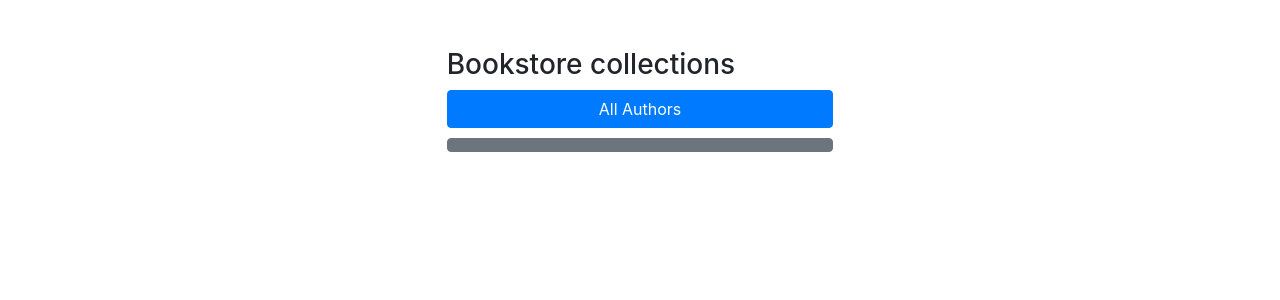
Repository: Temur-Sufiyanov/CBV
Page: http://localhost/
The author's editor kept a copy of each file at every save. The page is drawn from the files as they stood at one save, then again after a run of saves.
The browser window is 1280 px wide. The pictures show the whole page.
The page is served by the project's application, run on Django 5.2 (manage.py). Other server files are loaded and not shown.

Above is the page before, as saved 2024-12-19 15:53:42.

### new_books/templates/new_books/home.html
{% extends 'new_books/base.html' %}

{% block title %}
    Home Page
{% endblock title %}

{% block content %}
<h3>Bookstore collections</h3>
<a href="" role="button" class="btn btn-primary w-100 mb-2">All Authors</a>
<a href="" role="button" class="btn btn-secondary w-100 mb-2"></a>
{% comment %} <div class="container mt-4">
    <h1 class="text-center">Books and Authors</h1>
    <table class="table table-bordered mt-4">
        <thead>
            <tr>
                <th>#</th>
                <th>Book Name</th>
                <th>Author Name</th>
            </tr>
        </thead>
        <tbody>
            {% for book in books %}
                <tr>
                    <td>{{ forloop.counter }}</td>
                    <td>{{ book.name }}</td>
                    <td>{{ book.author.name }}</td>
                </tr>
            {% empty %}
                <tr>
                    <td colspan="3" class="text-center">No books available.</td>
                </tr>
            {% endfor %}
        </tbody>
    </table>
</div> {% endcomment %}
{% endblock content %}

### new_books/templates/new_books/base.html
<!DOCTYPE html>
<html lang="en">
<head>
    <meta charset="UTF-8">
    <meta name="viewport" content="width=device-width, initial-scale=1.0">
    <link rel="stylesheet" href="https://stackpath.bootstrapcdn.com/bootstrap/4.5.2/css/bootstrap.min.css">
    <title>{% block title %} Home {% endblock title %}</title>
</head>
<body>
    <main>
        <div class="container-fluid">
            <div class="d-flex align-items-center py-5">
                <div class="col-12 col-md-6 col-lg-4 mx-auto">
                    {% block content %}

                    {% endblock content %}
                </div>
            </div>
        </div>
    </main>
</body>
</html>

### new_books/views.py
from django.shortcuts import render
from django.views.generic import (TemplateView)
# Create your views here.

class HomeView(TemplateView):
    template_name = 'new_books/home.html'

### core/urls.py
"""
URL configuration for core project.

The `urlpatterns` list routes URLs to views. For more information please see:
    https://docs.djangoproject.com/en/5.1/topics/http/urls/
Examples:
Function views
    1. Add an import:  from my_app import views
    2. Add a URL to urlpatterns:  path('', views.home, name='home')
Class-based views
    1. Add an import:  from other_app.views import Home
    2. Add a URL to urlpatterns:  path('', Home.as_view(), name='home')
Including another URLconf
    1. Import the include() function: from django.urls import include, path
    2. Add a URL to urlpatterns:  path('blog/', include('blog.urls'))
"""
from django.contrib import admin
from django.urls import path, include

urlpatterns = [
    path('admin/', admin.site.urls),
    # path('', include('cbv.urls')),
    path('',include('new_books.urls', namespace='books' )),
]

### new_books/urls.py
from django.urls import path
from .views import (HomeView)

app_name = 'books'

urlpatterns = [
    path('', HomeView.as_view(), name='home'),
]

After the next 2 saves:
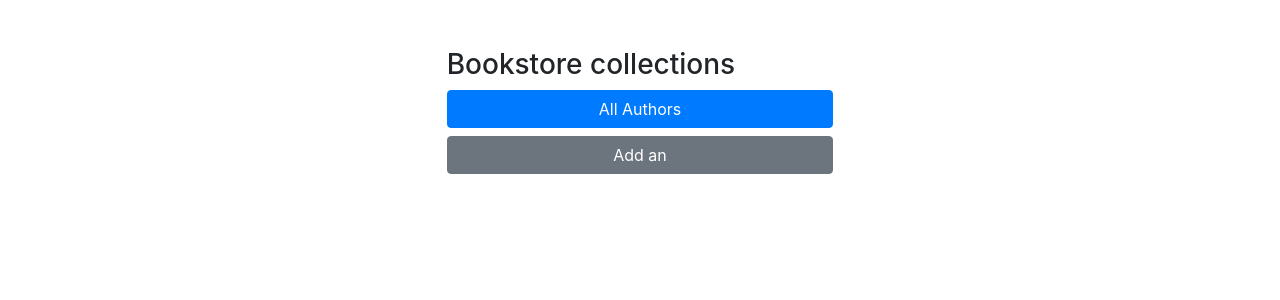
The 2 saves are shown as one change because they came seconds apart.
The last was saved 8 s later.
--- a/new_books/templates/new_books/home.html
+++ b/new_books/templates/new_books/home.html
@@ -7,7 +7,7 @@
 {% block content %}
 <h3>Bookstore collections</h3>
 <a href="" role="button" class="btn btn-primary w-100 mb-2">All Authors</a>
-<a href="" role="button" class="btn btn-secondary w-100 mb-2"></a>
+<a href="" role="button" class="btn btn-secondary w-100 mb-2">Add an</a>
 {% comment %} <div class="container mt-4">
     <h1 class="text-center">Books and Authors</h1>
     <table class="table table-bordered mt-4">
